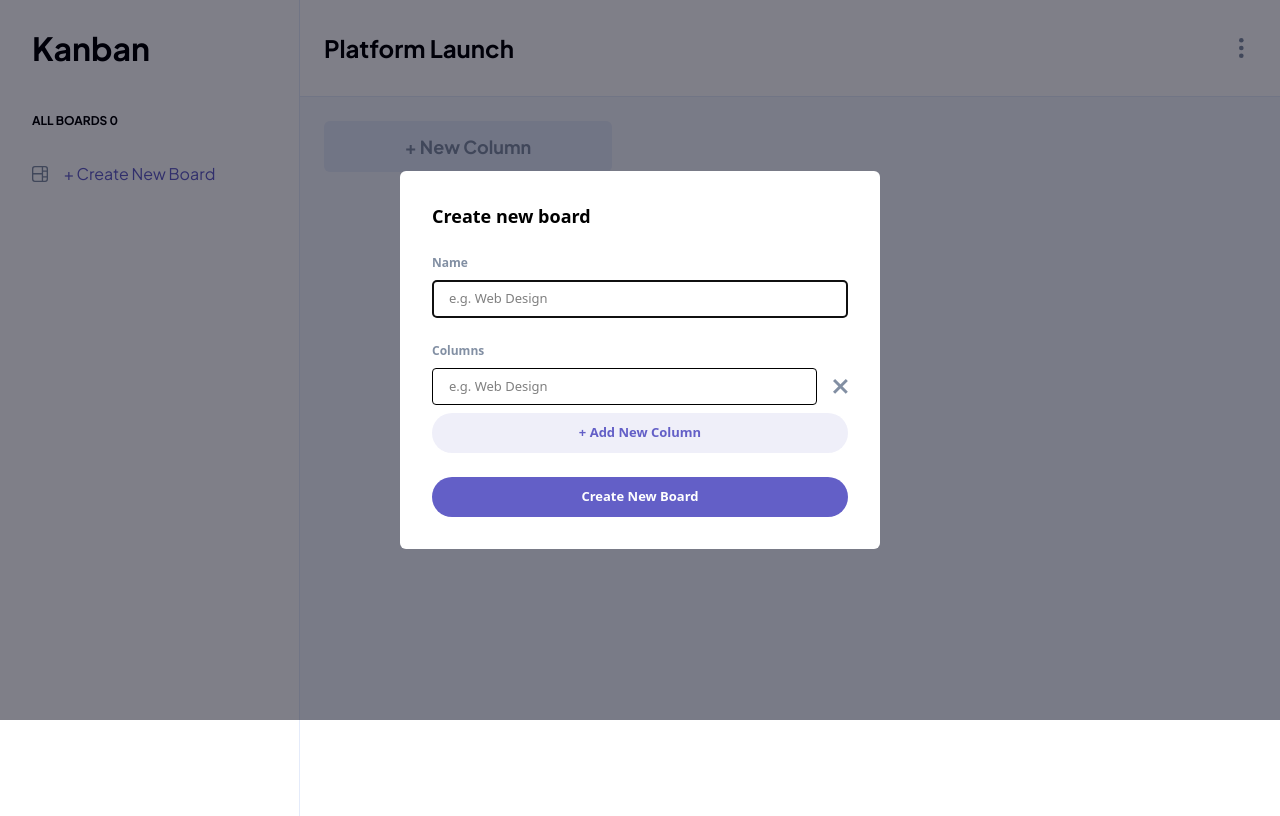
Repository: Baraajad231/Kanban-Board
Page: /, after clicking the first element matching `button.w-full`
These files come from the project's save history. The page is drawn as it stood at one moment and after the next save; the edit follows.
The browser window is 1280 px wide. The pictures show the whole page.
The project was rebuilt for these pictures with package versions that can differ from the ones it lists, and the page was loaded fresh each time. Also part of the build but not shown: vite.config.js, src/components/Card.jsx, src/components/Column.jsx.

Above is the page before, as saved 2026-03-25 19:28:10.

After the next save:
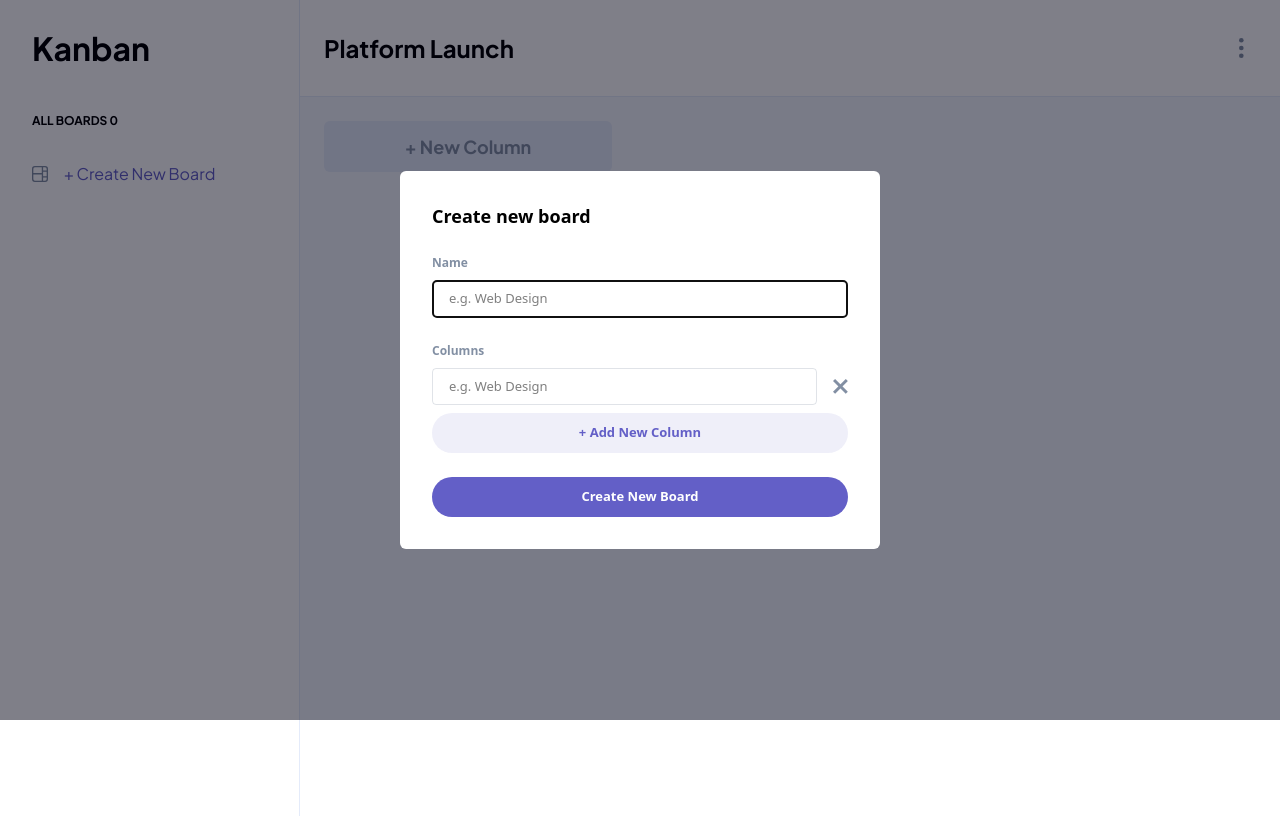
Saved 8 min 55 s later.
--- a/src/components/TextField.jsx
+++ b/src/components/TextField.jsx
@@ -20,11 +20,10 @@ const TextField = ({
   return (
     <div className="relative flex min-w-80 flex-1 items-center">
       {isInvalid && (
-        <span className="text-body-l text-red absolute right-4 text-sm">
-          Can't be empty
+        <span className="text-body-l text-red absolute right-4">
+          Can’t be empty
         </span>
       )}
-
       <input
         type="text"
         name={name}
@@ -32,7 +31,7 @@ const TextField = ({
         placeholder={placeholder}
         required={required}
         className={clsx(
-          "border-medium-gray/25 text-body-l w-full rounded-sm border py-2 pl-4",
+          "border-medium-grey/25 text-body-l w-full rounded-sm border py-2 pl-4",
           {
             "border-red pr-32": isInvalid,
             "pr-4": !isInvalid,
